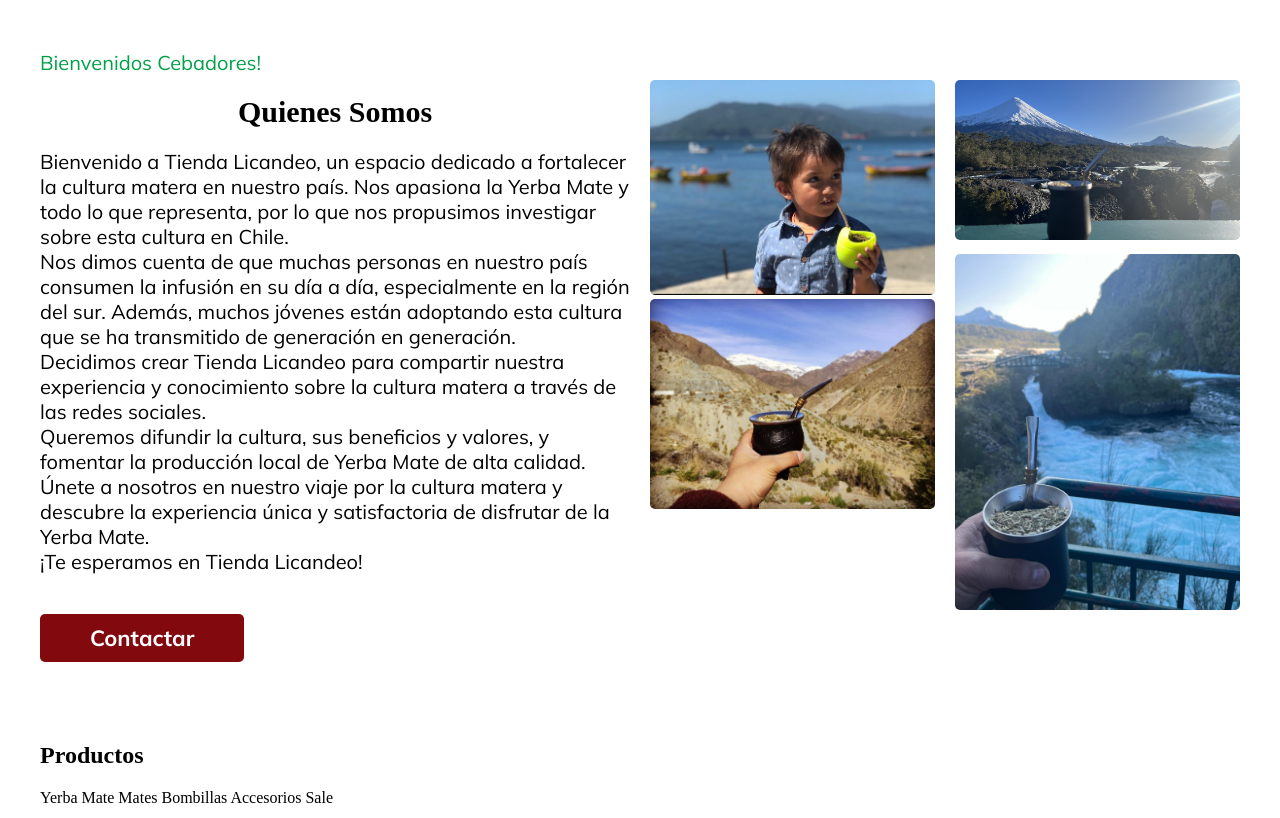
Repository: PiaTrujillo/LICANDEO-main
Page: index.html
These files come from the project's save history. The page is drawn as it stood at one moment and after the next save; the edit follows.
The browser window is 1280 px wide. The pictures show the part of the page from y = 748 to 1566 px (the page is 1566 px tall).
A picture or video elsewhere on the page could not be fetched, so the positions and the page height are approximate. Some web fonts or font styles are not loaded; a fallback is used. Some web libraries are served in a nearby version.

Above is the page before, as saved 2023-05-09 19:04:14.

### index.html
<!DOCTYPE html>
<html lang="es">
  <head>
    <meta charset="utf-8" />
    <meta name="viewport" content="width=device-width, initial-scale=1.0" />
    <meta http-equiv="X-UA-Compatible" content="ie=edge" />
    <title>Tienda Licandeo</title>
    <script
      src="https://kit.fontawesome.com/283335a286.js"
      crossorigin="anonymous"
    ></script>
    <!--esta informacion es para el estilo de las letras estan en google font -->
    <link rel="preconnect" href="https://fonts.googleapis.com" />
    <link rel="preconnect" href="https://fonts.gstatic.com" crossorigin />
    <link
      href="https://fonts.googleapis.com/css2?family=Arima+Madurai:wght@700&family=Mulish:wght@400;700&display=swap"
      rel="stylesheet"
    />
    <link rel="stylesheet" href="css/normalize.css" />
    <link rel="stylesheet" href="css/estilos.css" />
  </head>
  <body>
    <!--Lo sigueinte es el menu superior donde se establece el Logo y la navegacion-->
    <header class="encabezado">
      <div class="contenedor-navegacion">
        <!-- El Contenido-Navegacion es el padre de Logo y el menu de navegacion -->
        <div class="contenido-navegacion contenedor">
          <div class="logo">
            <!--colores a Licandeo-->
            <h2>
              Tienda <span class="">Li</span><span>can</span
              ><span class="">deo</span>
            </h2>
          </div>
          <nav class="navegacion ocultar">
            <a href="#">Inicio</a>
            <a href="#">Sobre Nosotros</a>
            <a href="#">Tienda</a>
            <a href="#">Ofertas</a>
            <a href="#">Tips Materos</a>
          </nav>
          <!--Se crea el menu desplegable-->
          <div class="hamburguesa"><span></span><span></span><span></span></div>
        </div>
      </div>
      <div class="contenido-header">
        <div class="contenedor-encabezado">
          <div class="texto-encabezado">
            <h2>Tienda Licandeo</h2>
            <a href="#" class="btn bordes">Un Mate</a>
          </div>
          <video autoplay loop muted>
            <source src="/videos/1portada.mp4" />
          </video>
        </div>
      </div>
    </header>
    <!--Diseño de la seccion web-->
    <div class="contenedor-nosotros contenedor">
      <div class="texto-nosotros">
        <p class="bienvenida">Bienvenidos Cebadores!</p>
        <h1>Quienes Somos</h1>
        <p>
          Bienvenido a Tienda Licandeo, un espacio dedicado a fortalecer la
          cultura matera en nuestro país. Nos apasiona la Yerba Mate y todo lo
          que representa, por lo que nos propusimos investigar sobre esta
          cultura en Chile. <br />
          Nos dimos cuenta de que muchas personas en nuestro país consumen la
          infusión en su día a día, especialmente en la región del sur. Además,
          muchos jóvenes están adoptando esta cultura que se ha transmitido de
          generación en generación. <br />
          Decidimos crear Tienda Licandeo para compartir nuestra experiencia y
          conocimiento sobre la cultura matera a través de las redes sociales.
          <br />
          Queremos difundir la cultura, sus beneficios y valores, y fomentar la
          producción local de Yerba Mate de alta calidad. <br />
          Únete a nosotros en nuestro viaje por la cultura matera y descubre la
          experiencia única y satisfactoria de disfrutar de la Yerba Mate.
          <br />
          ¡Te esperamos en Tienda Licandeo!
        </p>
        <a href="#" class="btn btn-rojo">Contactar</a>
      </div>
      <!-- Imagenes  -->
      <div class="imagenes-nosotros">
        <div class="imagen1">
          <img data-src="/imag/imagen1.JPG" alt="Mate frutillar" />
          <img data-src="/imag/imagen7.JPG" alt="Mate concepcion" />
        </div>
        <div class="imagenes2">
          <img data-src="/imag/imagen2.JPG" alt="Mate salto del petrohue" />
          <img data-src="/imag/imagen3.JPG" alt="Mate concepcion" />
        </div>
      </div>
    </div>
    <!-- Menu para los productos -->
    <section class="menu contenedor">
      <!-- Titulo -->
      <h2>Productos</h2>
      <!-- Botones de producto -->
      <div class="botones-productos">
        <buton class="yerba mate">Yerba Mate</buton>
        <buton class="mates">Mates</buton>
        <buton class="bombillas">Bombillas</buton>
        <buton class="accesorios">Accesorios</buton>
        <buton class="sale">Sale</buton>
      </div>
    </section>
    <!--Se enlaza Js con Css-->
    <script src="js/app.js"></script>
  </body>
</html>

### css/estilos.css
:root{
    --azul: #0021f5;
    --verde:#00A149;
    --blanco:#fff;
    --rojo:#820a0e;
    --oscuro:#000;
    --titulos:'Arima Madurai',cursive;
    --parrafos:'Mulish', sans-serif;
}
/* Valor calculado de un contenedro padre  */
html{
    box-sizing: border-box;
    /*1rem = 10px*/
    font-size: 62.5%;
}
body{
    font-size: 1.6rem;
    overflow-x: hidden;
}

*,*::after, *::before{
    box-sizing: inherit;
}
/*        Globales              */
.contenedor{
    max-width: 120rem;
    margin: 0 auto;
    width: 95%;
}
/* fuentes para los titulo y parrafos*/
h1,h2{
    font-family: var(--titulos);
}
h3, p, a{
    font-family: var(--parrafos);
}
/* ubicacion de las imegenes */
img{
    max-width: 100%;
}
/*Estos colores se agregan al titulo con span */
.azul{
    color: var(--azul);
}
.rojo{
    color: var(--rojo);
}
.verde{
    color: var(--verde);
}
/*Que se oculte el menu*/
.ocultar{
    display: none;
    color: var(--blanco);
}
/* Color y estilos de la X */
.btn-cerrar{
    font-size: 3rem;
    font-weight: bold;
    color: var(--blanco);
    position: absolute;
    top: 0;
    right: 50px;
    user-select: none;
}
/*Al posicionar el puntero en la X aparece la mano */
.btn-cerrar:hover{
    cursor: pointer;
}
/* Para el texto Un mate que se encuentra sobre del video */
.btn{
    text-decoration: none;
    color: var(--blanco);
    font-size: 2rem;
    text-transform: capitalize;
    padding: 1rem 5rem;
    border-radius: 5px;
    transition: all .3s ease-in-out;
}
/* para moviles el texto */
@media(min-width:768px){
    .btn{
        font-size: 2.2rem;
    }
}
/* Se agrega el borde a el texto Un Mate */
.bordes{
    border: 3px solid var(--blanco);
}
@media(min-width: 768px) {
    .bordes{
        border: 4px solid var(--blanco);
    }
}
.bordes:hover{
    color: var(--verde);
    background-color: var(--blanco);
}
/* Boton abajo del texto */
.btn-rojo{
    background-color: var(--rojo);
    font-weight: bold;
    display: inline-block;
    margin-top: 2rem;
    margin-bottom: 2rem;
}
/* como se sopreponer los elementos */
.pantalla-completa{
    position: absolute;
    top: 0;
    left: 0;
    bottom: 0;
    right: 0;
    background-color: rgba(0,0,0,.5);
    z-index: 4;
}
@keyframes desplazamiento {
    0%{
        transform: translateX(100%);
    }

    100%{
        transform:translateX(0);
    }
}
/*Encabezado*/
/*color de contenedor de logo y menu*/
.contenedor-navegacion{
    background-color: var(--oscuro);
    position: relative;
    z-index: 5;
}
.contenido-navegacion{
    display: flex;
    align-items: center;
    justify-content: space-between;
}
/*color para el logo y el menu*/
.logo h2, .navegacion a {
    color: var(--blanco);
}
.logo h2{
    font-size: 3rem;
}
/* quitar las lineas ubicadas abajo del menu de navegacion*/
/* Estilos de movil*/
.navegacion a{
    text-decoration: none;
    font-size: 2.2rem;
    padding: 1.5rem;
    padding-left: 4rem;
    /* para el menu de navegacion se vea de modo vertical*/
    display: block;
    /* transicion del menu de naveghacion */
    transition: color .3s ease-in-out;
    text-align: center;
}
@media(min-width: 768px) {
    .navegacion a{
        text-align: left;
    }
}
/* colores de las letras pares e impares del menu de navegacion */
.navegacion a:nth-child(even):hover{
    color: var(--verde);
}
.navegacion a:nth-child(odd):hover{
    color: var(--verde);
}
.navegacion a:first-of-type{
    margin-top: 5rem;
}
/* para que el menu de navegacion se posicione al costado derecho*/
.navegacion{
    position: absolute;
    top: 0;
    right: 0;
    bottom: 0;
    height: 100vh;
    width: 40rem;
    padding: 3rem 4rem;
    background-color: var(--oscuro);
    animation: desplazamiento .5s ease-in-out;
}
/*Al posicionarse en el menu hamburguesa aparezca la mano */
.hamburguesa:hover{
    cursor: pointer;
}
/*Menu desplegable ubicado en index*/
.hamburguesa span{
    background-color: var(--blanco);
    display: block;
    width: 5rem;
    height: .5rem;
    margin-bottom: .5rem;
    animation: desplazamiento .5s ease-in-out;
}
/* Video */
.contenido-header{
    position: relative;
}
.contenido-header::before{
    content: '';
    position: absolute;
    top:0;
    left: 0;
    right: 0;
    bottom: 0;
    background-color: rgba(0,0,0,.5);
}
/* posicionar texto al medio del video */
.texto-encabezado{
    position: absolute;
    z-index: 2;
    width: 100%;
    height: 80%;
    display: flex;
    flex-direction: column;
    /* se alinea al centro del video el texto */
    align-items: center;
    justify-content: center;
}
.texto-encabezado h2{
    color: var(--blanco);
    font-size: 4rem;
}
/* respons para movil */
@media(min-width: 768px) {
    .texto-encabezado h2{
        font-size: 8rem;
    }
}
video{
    width: 100%;
    height: 100%;
}
/* Imagenes */
.contenedor-nosotros{
    padding-top: 5rem;
}
@media(min-width: 768px) {
    .contenedor-nosotros{
        display: flex;
        justify-content: space-between;
    }
}
.texto-nosotros, .imagenes-nosotros{
    flex: 0 0 calc(50% - 1rem) ;
}
/* Texto de las imagenes */
.texto-nosotros .bienvenida{
    font-size: 2rem;
    color: var(--verde);
    text-align: center;
}
@media(min-width: 768px) {
    .texto-nosotros .bienvenida{
        text-align: left;
    }
}
.texto-nosotros h1{
    font-size: 3rem;
    text-align: center;
}
}
@media(min-width: 768px) {
    .texto-nosotros h1{
        text-align: left;
    }
}
.texto-nosotros p{
    font-size: 2rem;
    text-align: center;
}
@media(min-width: 768px) {
    .texto-nosotros p{
        text-align: left;
    }
}
.imagenes-nosotros{
    display: flex;
    justify-content: space-between;
}
.imagen1, .imagenes2{
    flex: 0 0 calc(50% - 1rem);
    margin-top: 50px;
}
.imagenes-nosotros img{
    border-radius: 5px;
}

.imagenes2 img{
    margin-bottom: 1rem;
}

### js/app.js
//para que el menu desaparezca//
const menu = document.querySelector('.hamburguesa');
const navegacion = document.querySelector('.navegacion');
const imagenes = document.querySelectorAll('img');

document.addEventListener('DOMContentLoaded', ()=>{
    eventos();
});

const eventos = () =>{
    menu.addEventListener('click',abrirMenu);
}
//esta funcion realiza que al momento de dar click al menu de hamburguesa se habilite el menu//
const abrirMenu = () =>{
    navegacion.classList.remove('ocultar');
    botonCerrar();
}
//Esta funciones es para que el menu de navegacion se cierre/
const botonCerrar = () =>{
    //Metodo para colocar una X al menu de navegacion//
    const btnCerrar = document.createElement('p');
    const overlay = document.createElement('div');
    overlay.classList.add('pantalla-completa');
    const body = document.querySelector('body');
    if(document.querySelectorAll('.pantalla-completa').length > 0) return;
    body.appendChild(overlay);
    btnCerrar.textContent = 'x';
    btnCerrar.classList.add('btn-cerrar');

    // while(navegacion.children[5]){
    //     navegacion.removeChild(navegacion.children[5]);
    // }
    navegacion.appendChild(btnCerrar);
    cerrarMenu(btnCerrar, overlay);
}
// imagenes de la pagina//
imagenes.forEach(imagen=>{

    imagen.src = imagen.dataset.src;
});
//Funcion para cerrar el menu de navegacion//
const cerrarMenu = (boton, overlay) =>{
    boton.addEventListener('click',()=>{
         //Cerrar navegacion//
        navegacion.classList.add('ocultar');
        overlay.remove();
        boton.remove();
    });

    overlay.onclick = function(){
        overlay.remove();
        //Cerrar navegacion//
        navegacion.classList.add('ocultar');
        boton.remove();
    }
}

Loaded but not shown: TestDjango/core/templates/core/css/normalize.css (library)

After the next save:
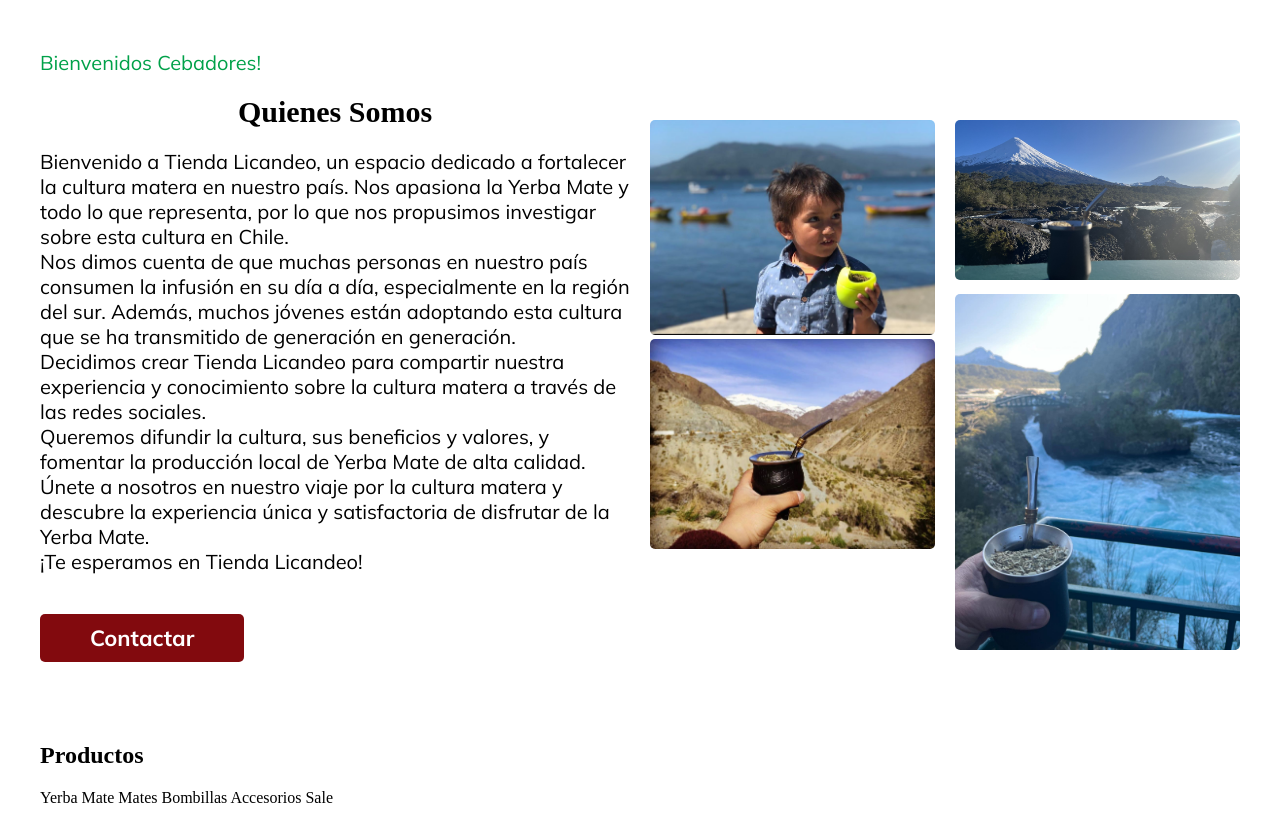
Saved 5 s later.
--- a/css/estilos.css
+++ b/css/estilos.css
@@ -283,7 +283,7 @@ video{
 }
 .imagen1, .imagenes2{
     flex: 0 0 calc(50% - 1rem);
-    margin-top: 50px;
+    margin-top: 90px;
 }
 .imagenes-nosotros img{
     border-radius: 5px;
